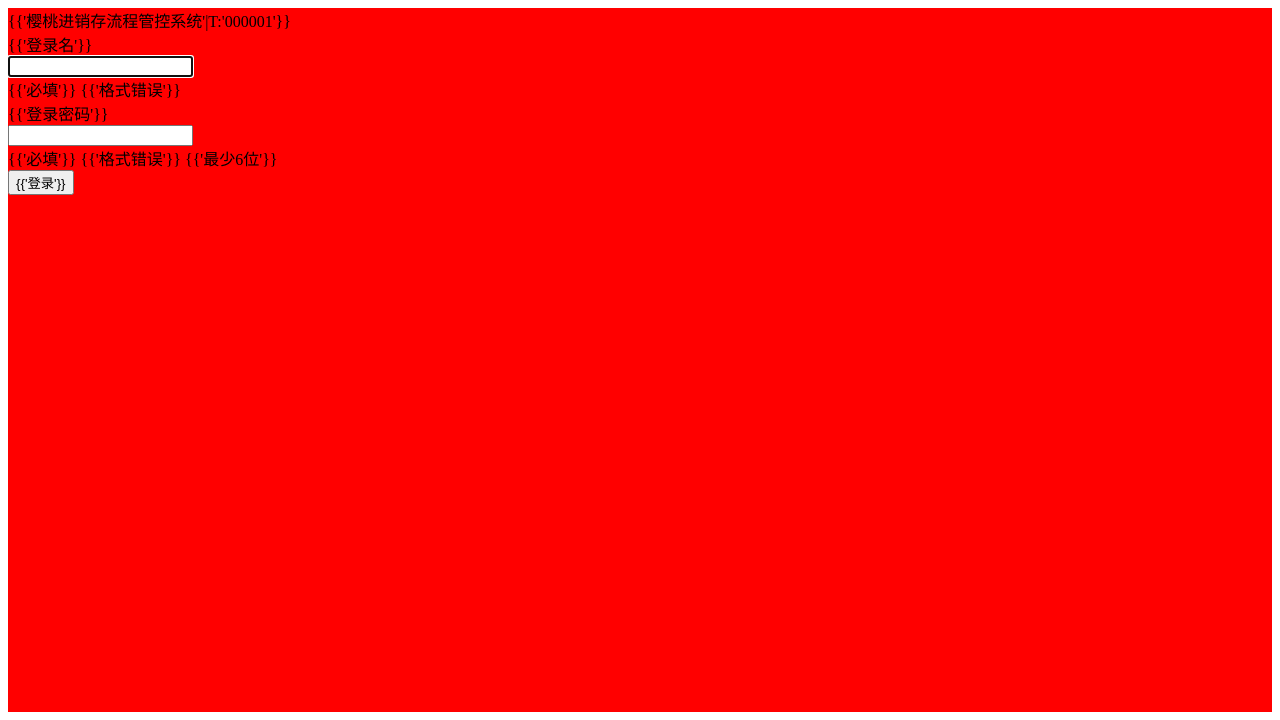
Repository: Anita-huang-001/cims
Page: cherry/mi_cims/mi_cims_admin/src/main/resources/static/view/login.html
An editor plug-in stored every save of this project. The page is shown before and after the next save, followed by the edit.
The browser window is 1280 px wide. The pictures show the whole page.

Above is the page before, as saved 2021-02-04 06:12:03.

After the next save:
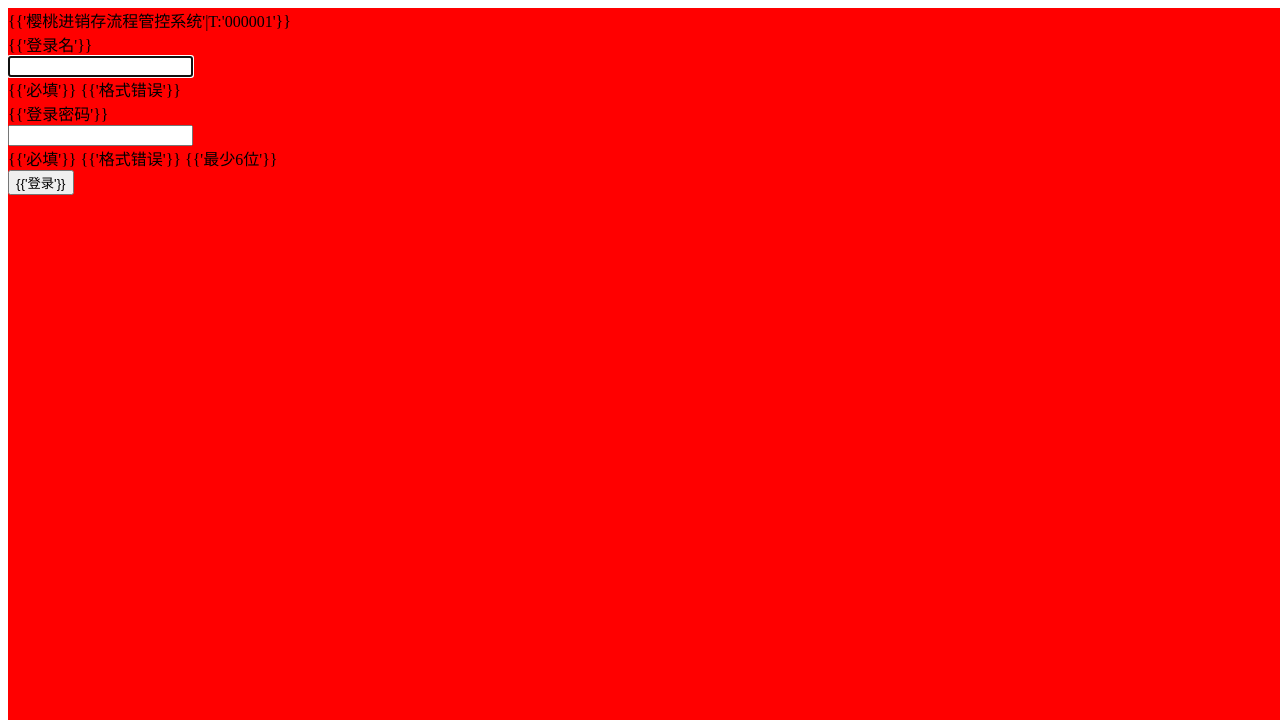
Saved 37 s later.
--- a/cherry/mi_cims/mi_cims_admin/src/main/resources/static/view/login.html
+++ b/cherry/mi_cims/mi_cims_admin/src/main/resources/static/view/login.html
@@ -1,7 +1,7 @@
 <!-- 登录页面 -->
-<div style="background:red;width: 100%;height: 100%;">
+<div style="position: absolute;background:red;width: 100%;height: 100%;">
 
-<div >
+<div class="container-fluid login-page">
 	<!-- 标题 -->
 	<div class="row login-title text-center">
 		<!-- 公司logo图片 -->
